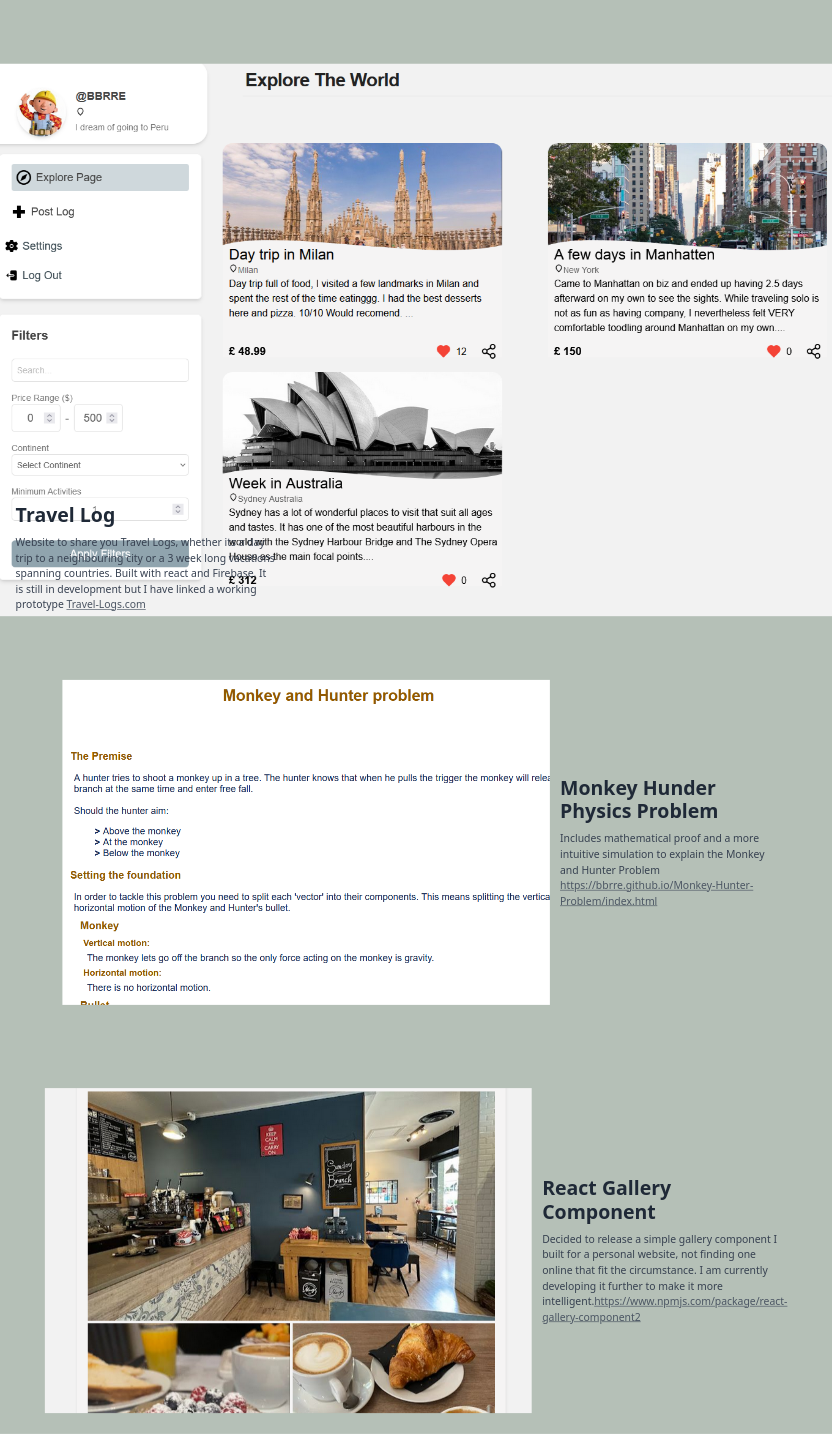
Repository: BBRRE/Portfolio-V2
Page: /#/Computer-Sci
The author's editor kept a copy of each file at every save. The page is drawn from the files as they stood at one save, then again after the next save.
The browser window is 1280 px wide. The pictures show the whole page, at 65% of full size.
Some web fonts or font styles are not loaded; a fallback is used. The project was rebuilt for these pictures with package versions that can differ from the ones it lists, and the page was loaded fresh each time. Also part of the build but not shown: vite.config.js, src/Subjects/Archi.jsx, src/Subjects/EEng.jsx, src/Subjects/Other.jsx, src/Projects Overview.jsx, src/HomePage.jsx, src/ErrorBoundary.jsx.

Above is the page before, as saved 2024-11-29 09:09:21.

After the next save:
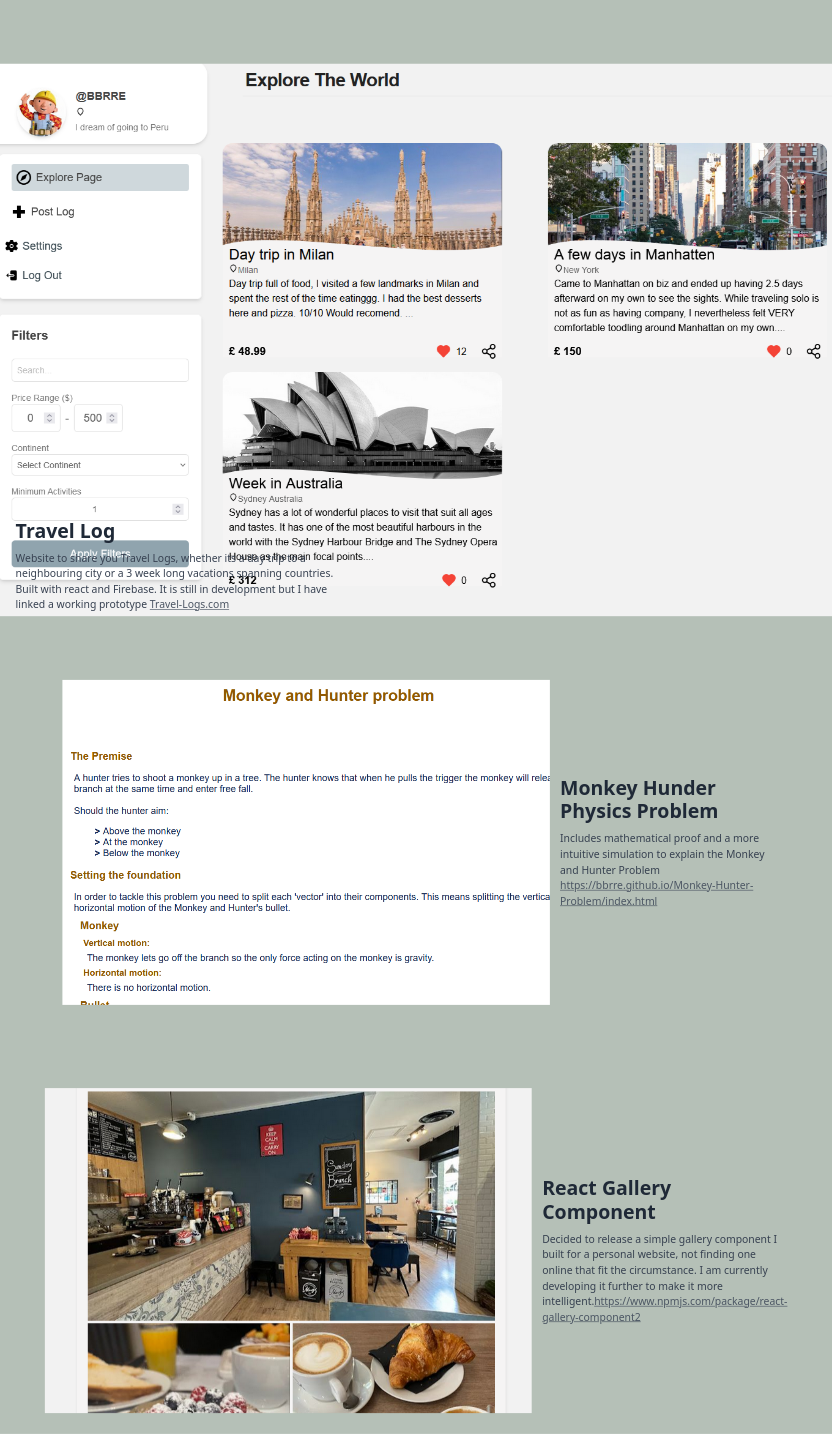
Saved 4 s later.
--- a/src/Subjects/CompSci.jsx
+++ b/src/Subjects/CompSci.jsx
@@ -12,7 +12,7 @@ const CompSci = () => {
           <h2 className=" text-left text-xl md:text-2xl lg:text-3xl font-semibold text-gray-800">
             Travel Log
           </h2>
-        <p className="text-gray-700 text-sm md:text-base leading-relaxed max-w-[400px]">
+        <p className="text-gray-700 text-sm md:text-base leading-relaxed max-w-[500px]">
           Website to share you Travel Logs, whether its a day trip to a neighbouring city or a 3 week long vacations spanning countries. Built with react
           and Firebase. It is still in development but I have linked a working prototype <a href="https://Travel-Logs.com/" className='underline text-gray-600'>Travel-Logs.com</a>
         </p>
